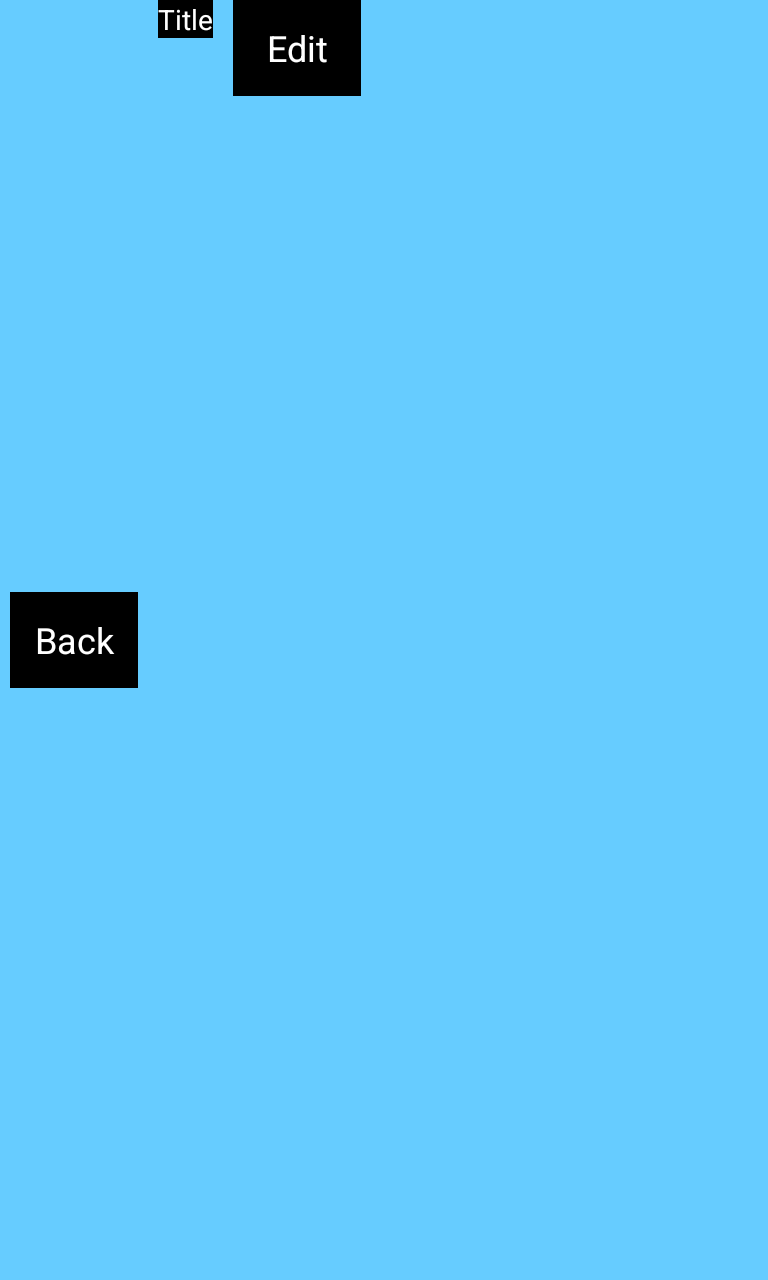
Repository: Ollyder/eclipse_work
Layout: TableLayout/res/layout/title.xml
The author's editor kept a copy of each file at every save. The layout is drawn from the files as they stood at one save, then again after the next save.
It is drawn on a 768 x 1280 px phone screen (xhdpi) without system bars, with theme AppTheme; the app's code is not run.

Above is the layout before, as saved 2017-05-28 05:00:37.

### TableLayout/res/layout/title.xml
<?xml version="1.0" encoding="utf-8"?>
<LinearLayout xmlns:android="http://schemas.android.com/apk/res/android"
    android:layout_width="match_parent"
    android:layout_height="wrap_content"
    android:background="#66ccff"
    android:orientation="horizontal"
     >

    <Button
        android:id="@+id/title_button1"
        android:layout_width="wrap_content"
        android:layout_height="wrap_content"
        android:layout_gravity="center"
        android:layout_margin="5dip"
        android:background="#000000"
        android:textColor="#ffffff"
        android:text="Back" />

    <TextView
        android:id="@+id/title_text_view1"
        android:layout_width="wrap_content"
        android:layout_height="wrap_content"
        android:layout_margin="5dip"
        android:layout_gravity="center_horizontal"
        android:background="#000000"
        android:textColor="#ffffff"
        android:text="Title" />

    <Button
        android:id="@+id/title_button2"
        android:layout_width="wrap_content"
        android:layout_height="wrap_content"
        android:layout_margin="5dip"
        android:background="#000000"
        android:text="Edit"
        android:layout_gravity="right"
        android:textColor="#ffffff" />

</LinearLayout>

Loaded but not shown: TableLayout/res/values/styles.xml (common file); TableLayout/res/values-v11/styles.xml (common file); TableLayout/res/values-v14/styles.xml (common file)

After the next save:
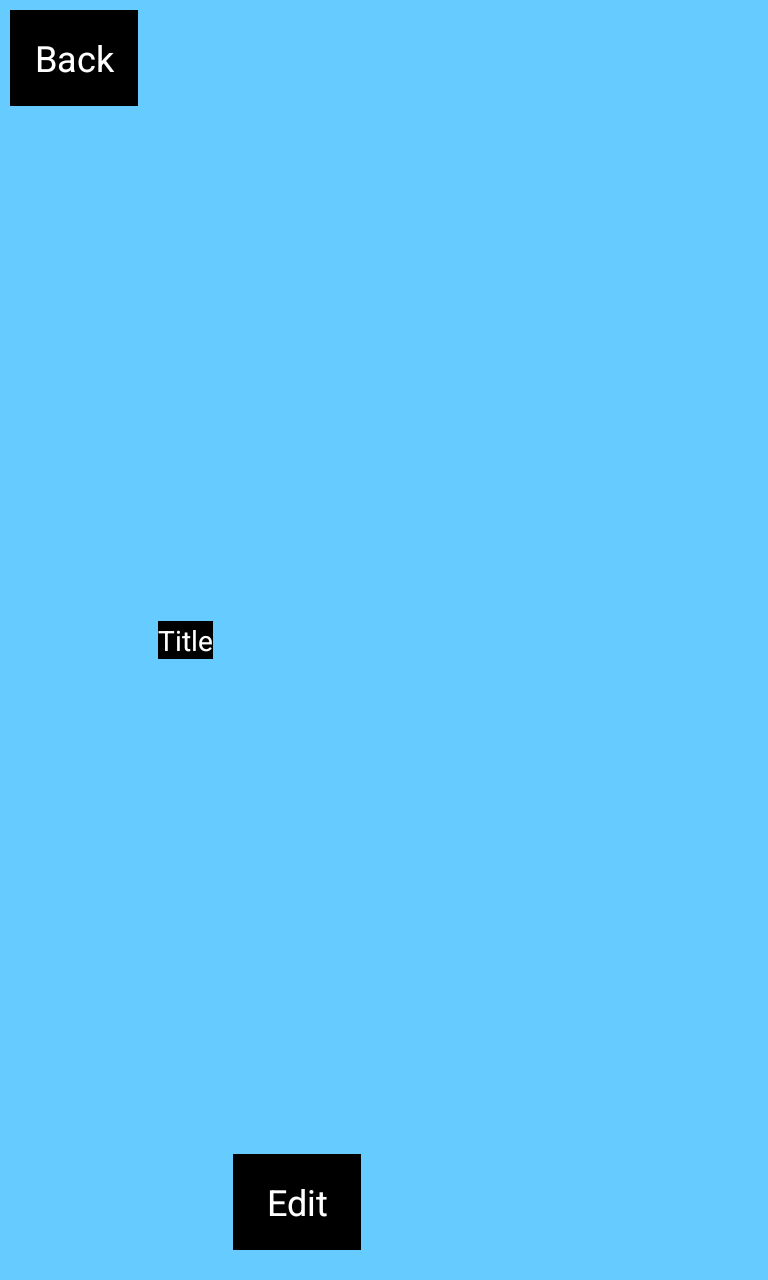
Saved 35 s later.
--- a/TableLayout/res/layout/title.xml
+++ b/TableLayout/res/layout/title.xml
@@ -10,7 +10,7 @@
         android:id="@+id/title_button1"
         android:layout_width="wrap_content"
         android:layout_height="wrap_content"
-        android:layout_gravity="center"
+        android:layout_gravity="top"
         android:layout_margin="5dip"
         android:background="#000000"
         android:textColor="#ffffff"
@@ -21,7 +21,7 @@
         android:layout_width="wrap_content"
         android:layout_height="wrap_content"
         android:layout_margin="5dip"
-        android:layout_gravity="center_horizontal"
+        android:layout_gravity="center"
         android:background="#000000"
         android:textColor="#ffffff"
         android:text="Title" />
@@ -33,7 +33,7 @@
         android:layout_margin="5dip"
         android:background="#000000"
         android:text="Edit"
-        android:layout_gravity="right"
+        android:layout_gravity="bottom"
         android:textColor="#ffffff" />
 
 </LinearLayout>
